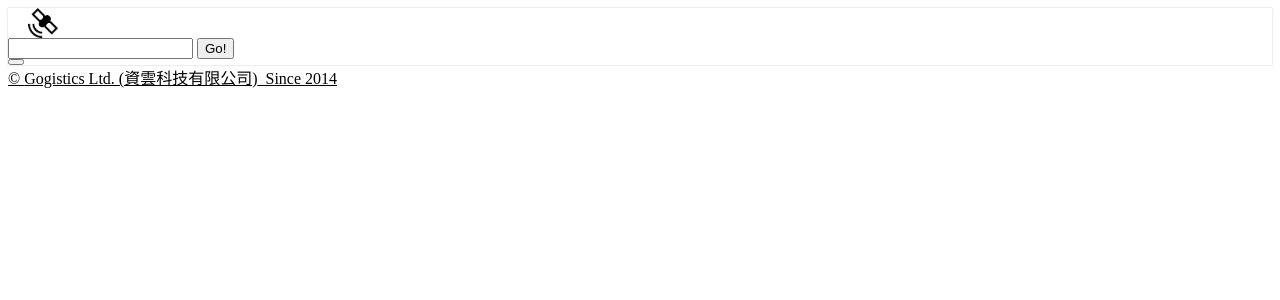
Repository: hanjangchen/Raspberry
Page: prjGAEGPSAnalysis/prjGPSAnalysis/src/static/my_ng_templates/desktop/index/index.html
An editor plug-in stored every save of this project. The page is shown before and after the next save, followed by the edit.
The browser window is 1280 px wide. The pictures show the whole page.

Above is the page before, as saved 2014-12-10 20:55:45.

### prjGAEGPSAnalysis/prjGPSAnalysis/src/static/my_ng_templates/desktop/index/index.html
<!-- index page template -->
<style>
<!--
.jumbotron {
	background-color: transparent;
}

/* navbar collpapse */
.navbar-header {
	float: none;
}

.navbar-left,.navbar-right {
	float: none !important;
}

.navbar-toggle {
	display: block;
}

.navbar-collapse {
	border-top: 0px solid transparent;
	box-shadow: inset 0 1px 2px rgba(255, 255, 255, 0.5);
}

.navbar-fixed-top {
	top: 0;
	border: none;
	box-shadow: 0px 0px 2px rgba(200, 200, 200, 0.95);
	-o-box-shadow: 0px 0px 2px rgba(200, 200, 200, 0.95);
	-moz-box-shadow: 0px 0px 2px rgba(200, 200, 200, 0.95);
	-webkit-box-shadow: 0px 0px 2px rgba(200, 200, 200, 0.95);
}

.navbar-collapse.collapse {
	display: none !important;
}

.navbar-nav {
	margin-top: 20px;
	width: 100%;
}

.navbar-nav>li {
	float: none !important;
	margin: 5px auto;
}

.navbar-nav>li>a {
	padding-top: 10px;
	padding-bottom: 10px;
	margin: 5px auto;
	display: inline-block;
}

.collapse.in {
	display: block !important;
}

.topic_icon {
	height: 30px;
	margin-left: 20px;
}

.active {
	color: #f00 !important;
	font-weight: bold !important;
}

.active:hover {
	cursor: pointer;
}

.inactive {
	color: #888 !important;
}

.inactive:hover {
	cursor: pointer !important;
	color: #000 !important;
}
-->
</style>

<div ng-controller="myIndexCtrl"
	class="navbar navbar-default navbar-fixed-top">
	<div class="container-fluid">
		<div class="navbar-header">
			<!-- company icon -->
			<a class="navbar-brand" href="/" title="Go to Front Page"><img
				alt="icon_gps" src="/img/icon_gps.png" class="topic_icon"></a>

			<!--  -->
			<div class="input-group">
				<input auto-complete ui-items="names" ng-model="selected_keyword" class="form-control" />
				<span class="input-group-btn">
                  <button class="btn btn-default" type="button">
                     Go!
                  </button>
               </span>
			</div>

			<!-- list icon -->
			<button id="list_icon" type="button" class="navbar-toggle"
				ng-click="toggle_topic_list()" data-toggle="collapse"
				data-target=".navHeaderCollapse">
				<span class="icon-bar"></span> <span class="icon-bar"></span> <span
					class="icon-bar"></span>
			</button>
		</div>


		<div id="menu_list" class="collapse navbar-collapse navHeaderCollapse">
			<ul class="nav navbar-nav navbar-right text-center">
				<li><a
					ng-class="is_selected('index_introduction') ? 'active' : 'inactive' "
					ng-click="select_topic('index_introduction')">Introduction</a></li>
				<li><a
					ng-class="is_selected('tutorial_google_app_engine') ? 'active' : 'inactive' ">Tutorial
						of Development on Google App Engine</a> <a
					ng-class="is_selected('tutorial_google_compute_engine') ? 'active' : 'inactive' ">Tutorial
						of Development on Google Compute Engine</a></li>
				<li><a
					ng-class="is_selected('index_data_analysis') ? 'active' : 'inactive' "
					ng-click="select_topic('index_data_analysis')">Data Analysis</a></li>
			</ul>
		</div>
	</div>
</div>

<!-- template view -->
<div ui-view class="jumbotron text-center template_conatiner_view"></div>


<!-- copy right -->
<div
	class="navbar navbar-default navbar-fixed-bottom col-xs-12 col-sm-12 col-md-12 col-lg-12 text-center">
	<my-index-gps-data class="col-xs-1 col-sm-1 col-md-1 col-lg-1"></my-index-gps-data>
	<!-- copy right -->
	<div
		class="my_navbar_brand_copy_right col-xs-10 col-sm-10 col-md-10 col-lg-10">
		<a href="http://gogistics.gogistics-tw.com" target="_blank"
			title="Go to Gogistics Website" style="color: #000;"> &copy; <span>Gogistics
				Ltd.&nbsp;(資雲科技有限公司)</span><span>&nbsp;&nbsp;Since 2014</span></a> <span><a
			class="glyphicon glyphicon-envelope" href="mailto:[[email]]"
			title="聯絡我們 -[[email]]" style="color: #000; margin-left: 10px;"></a></span>

		<span><a class="glyphicon glyphicon-earphone"
			href="tel:1-408-565-5133" title="Call US at 1-408-565-5133 (USA)"
			style="color: #000; margin-left: 10px;"></a></span>
	</div>
	<div class="col-xs-1 col-sm-1 col-md-1 col-lg-1"></div>
</div>

<!-- js -->
<script type="text/javascript" src="/js/index.js"></script>

### prjGAEGPSAnalysis/prjGPSAnalysis/src/static/javascripts/index.js
/*(function(){
	 JQuery
	var $list_icon = $('#list_icon');
	$('.navbar-collapse a').click(function() {
		if ($list_icon.is(":visible")) {
			$(".navbar-collapse").collapse('hide');
		}
	});
})();*/

After the next save:
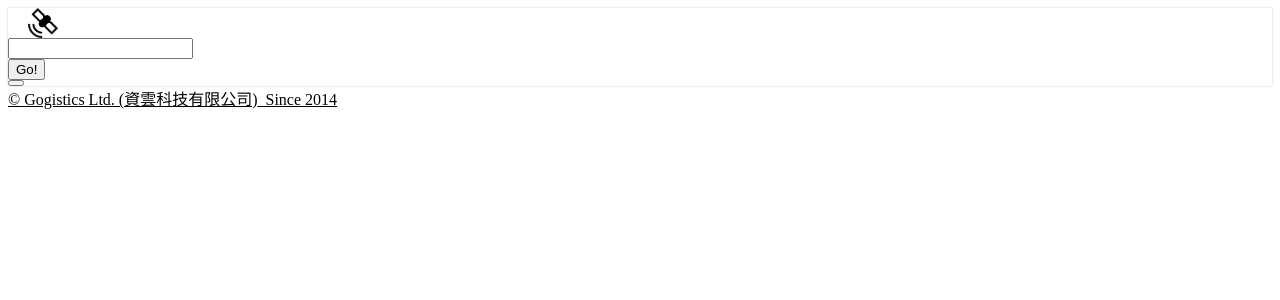
Saved 18 s later.
--- a/prjGAEGPSAnalysis/prjGPSAnalysis/src/static/my_ng_templates/desktop/index/index.html
+++ b/prjGAEGPSAnalysis/prjGPSAnalysis/src/static/my_ng_templates/desktop/index/index.html
@@ -91,7 +91,7 @@
 				alt="icon_gps" src="/img/icon_gps.png" class="topic_icon"></a>
 
 			<!--  -->
-			<div class="input-group">
+			<div class="input-group" style="max-width: 200px;">
 				<input auto-complete ui-items="names" ng-model="selected_keyword" class="form-control" />
 				<span class="input-group-btn">
                   <button class="btn btn-default" type="button">

After the save that followed:
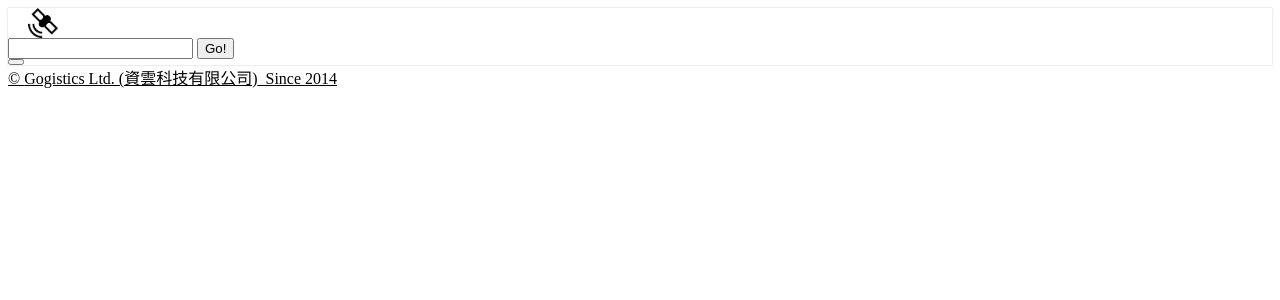
Saved 60 s later.
--- a/prjGAEGPSAnalysis/prjGPSAnalysis/src/static/my_ng_templates/desktop/index/index.html
+++ b/prjGAEGPSAnalysis/prjGPSAnalysis/src/static/my_ng_templates/desktop/index/index.html
@@ -91,7 +91,7 @@
 				alt="icon_gps" src="/img/icon_gps.png" class="topic_icon"></a>
 
 			<!--  -->
-			<div class="input-group" style="max-width: 200px;">
+			<div class="input-group" style="display: block;">
 				<input auto-complete ui-items="names" ng-model="selected_keyword" class="form-control" />
 				<span class="input-group-btn">
                   <button class="btn btn-default" type="button">
